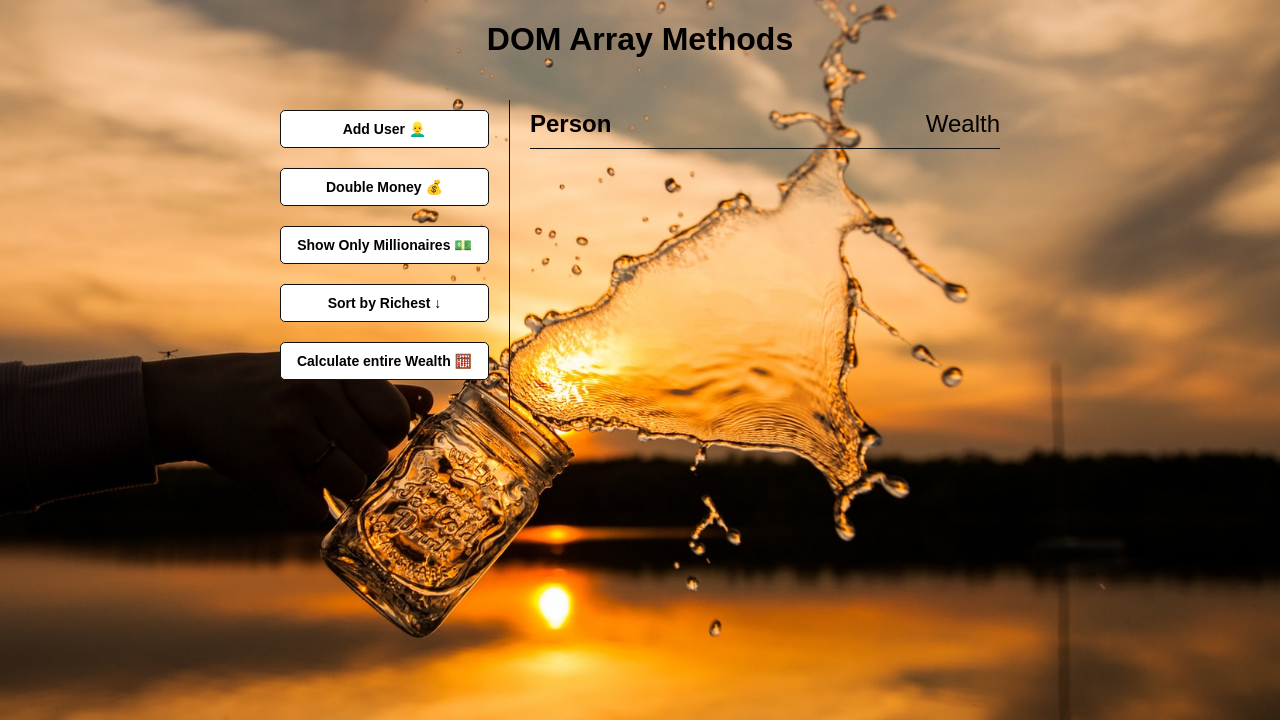
Repository: CAMPSLOPY/RandomUserInfoGenerator
Page: index.html
An editor plug-in stored every save of this project. The page is shown before and after the next save, followed by the edit.
The browser window is 1280 px wide. The pictures show the whole page.

Above is the page before, as saved 2021-01-19 12:14:00.

After the next save:
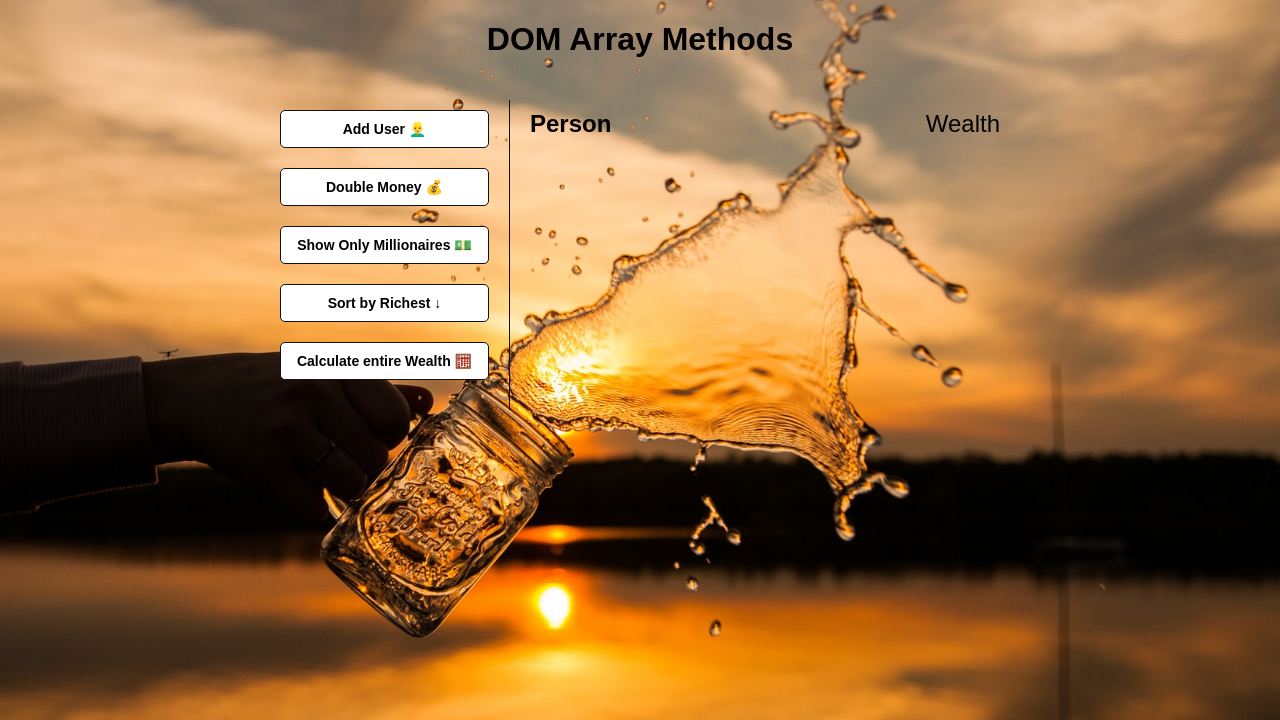
Saved 30 s later.
--- a/styles.css
+++ b/styles.css
@@ -53,7 +53,7 @@
   }
 
   h2 {
-    border-bottom: 1px solid #111;
+    /* border-bottom: 1px solid #111; */
     padding-bottom: 10px;
     display: flex;
     justify-content: space-between;

After the save that followed:
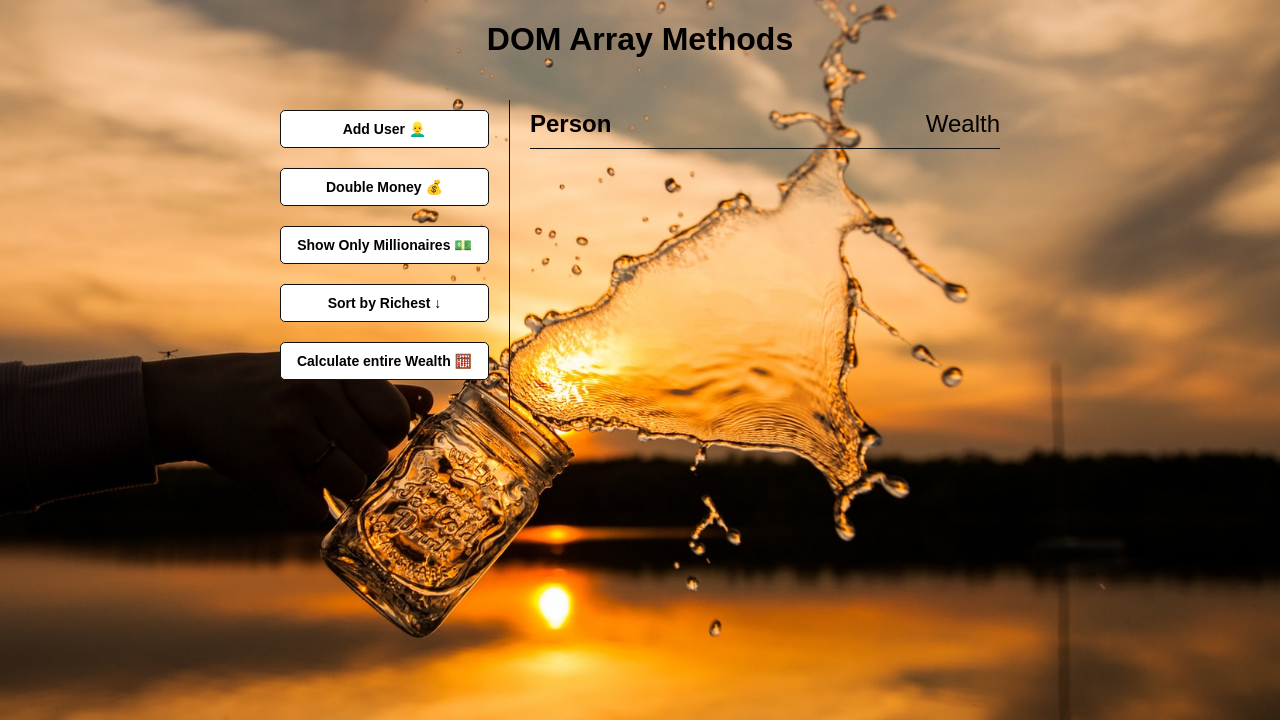
Saved 4 s later.
--- a/styles.css
+++ b/styles.css
@@ -53,7 +53,7 @@
   }
 
   h2 {
-    /* border-bottom: 1px solid #111; */
+    border-bottom: 1px solid #111;
     padding-bottom: 10px;
     display: flex;
     justify-content: space-between;
